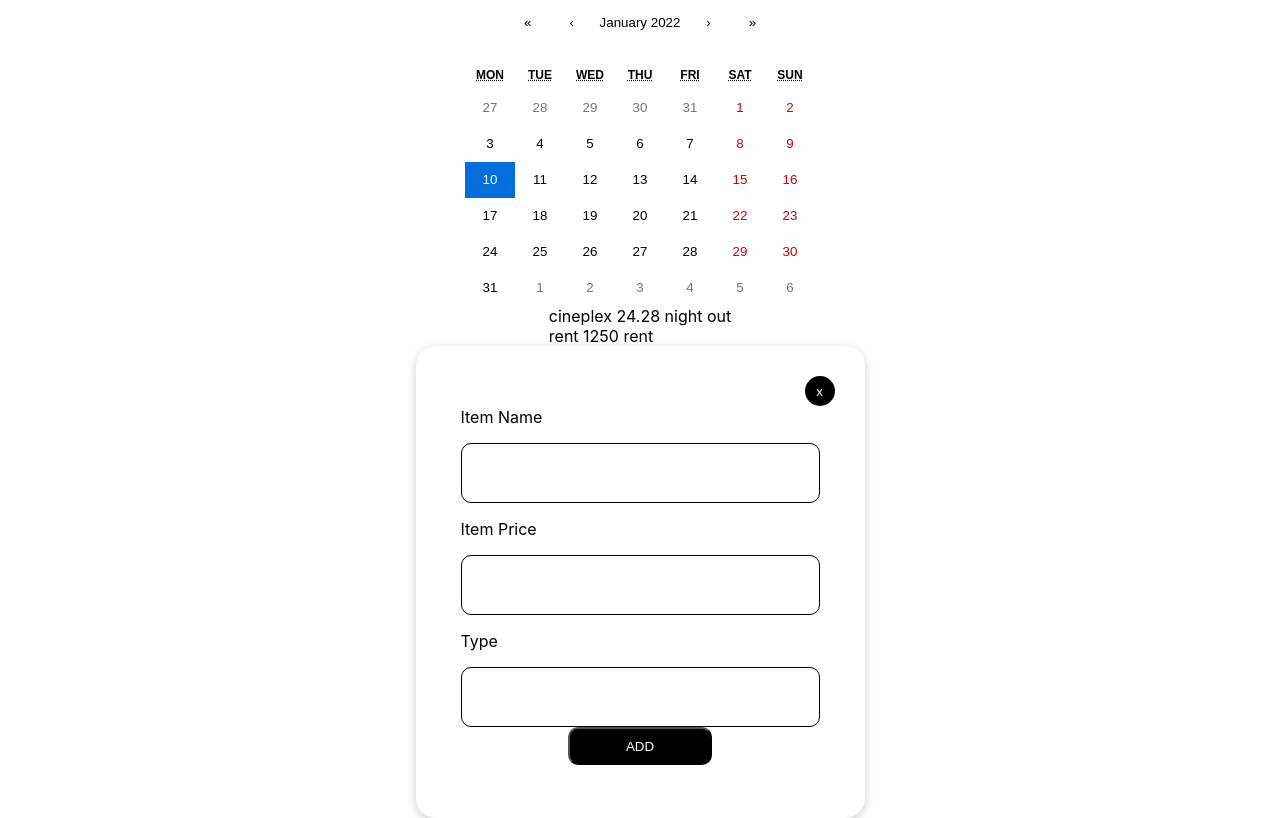
Repository: julianm09/expense-tracker
Page: /
An editor plug-in stored every save of this project. The page is shown before and after the next save, followed by the edit.
The browser window is 1280 px wide. The pictures show the whole page.
The project was rebuilt for these pictures with package versions that can differ from the ones it lists, and the page was loaded fresh each time. The framework's server and built-in components were replaced by stand-ins that run in the browser. Also part of the build but not shown: next.config.js.

Above is the page before, as saved 2022-01-10 15:08:23.

### pages/_document.js
import Document, { Html, Head, Main, NextScript } from "next/document";
import { ServerStyleSheet } from "styled-components";

class MyDocument extends Document {
  static async getInitialProps(ctx) {
    const sheet = new ServerStyleSheet();
    const originalRenderPage = ctx.renderPage;

    try {
      ctx.renderPage = () =>
        originalRenderPage({
          enhanceApp: (App) => (props) =>
            sheet.collectStyles(<App {...props} />),
        });

      const initialProps = await Document.getInitialProps(ctx);
      return {
        ...initialProps,
        styles: (
          <>
            {initialProps.styles}
            {sheet.getStyleElement()}
          </>
        ),
      };
    } finally {
      sheet.seal();
    }
  }
}



export default MyDocument;

### pages/index.js
import { useState, useEffect } from "react";
import styled from "styled-components";
import MyCalender from "../comps/Calender";
import "react-calendar/dist/Calendar.css";
import DisplayExpense from "../comps/DisplayExpense";
import PopUp from "../comps/popup";

const Cont = styled.div`
  display: flex;
  justify-content: center;
  align-items: center;
  width: 100%;
  flex-direction: column;
`;

export default function Home() {
  const [date, setDate] = useState("");

  const [expenses, setExpenses] = useState({
    "2022-01-08": [
      { name: "save on foods", price: 101.22, type: "groceries" },
      { name: "shell", price: 55.21, type: "gasoline" },
    ],
    "2022-01-09": [
      { name: "earls", price: 150.45, type: "dining" },
      { name: "starbucks", price: 5.24, type: "coffee" },
    ],
    "2022-01-10": [
      { name: "cineplex", price: 24.28, type: "night out" },
      { name: "rent", price: 1250, type: "rent" },
    ],
  });

  return (
    <Cont>
      <MyCalender date={date} setDate={setDate} />
      <DisplayExpense expenses={expenses} date={date} />
      <PopUp />
    </Cont>
  );
}

### comps/Calender.js
import { useState, useEffect } from "react";
import styled from "styled-components";
import Calendar from "react-calendar";
import "react-calendar/dist/Calendar.css";

const CalenderUI = styled(Calendar)`
  display: flex;
  flex-direction: column;
  justify-content: center;
  align-items: center;
  border: none;
`;

export default function MyCalender({ date, setDate }) {
  const [value, onChange] = useState(new Date());

  function convert(str) {
    var date = new Date(str),
      mnth = ("0" + (date.getMonth() + 1)).slice(-2),
      day = ("0" + date.getDate()).slice(-2);
    return [date.getFullYear(), mnth, day].join("-");
  }

  useEffect(() => {
    setDate(convert(value));
  }, [value]);

  return (
    <div>
      <CalenderUI onChange={onChange} value={value} />
    </div>
  );
}

### comps/DisplayExpense.js
import { useState, useEffect } from "react";
import styled from "styled-components";

const Cont = styled.div`
  display: flex;
  flex-direction: column;
`;

export default function DisplayExpense({ expenses, date }) {
  console.log(expenses);

  return (
    <Cont>
      {expenses[date]
        ? expenses[date].map((expense) => (
            <div key={expense.name}>
              {expense.name + " " + expense.price + " " + expense.type}
            </div>
          ))
        : ""}
    </Cont>
  );
}

### comps/popup.js
import { useState, useEffect } from "react";
import styled from "styled-components";

const Cont = styled.div`
  display: flex;
  flex-direction: column;

  align-items: center;
  min-width: 442px;
  min-height: 472px;
  padding: 45px;
  background-color: #fff;
  border-radius: 20px;
  box-shadow: 0 3px 10px rgb(0 0 0 / 0.2);
  position: relative;
`;
const XButton = styled.button`
  position: absolute;
  top: 30px;
  right: 30px;
  border: none;
  border-radius: 20px;
  background-color: #000;
  width: 30px;
  height: 30px;
  color: #fff;
`;

const TextCont = styled.div`
  width: 359px;
  display: flex;
  justify-content: flex-start;

  flex-direction: column;
`;

const Box = styled.input`
  width: 359px;
  height: 60px;
  border: 0.5px solid #000;
  border-radius: 10px;
`;

const Title = styled.p``;
const TopDiv = styled.div``;

const BottomDiv = styled.div`
  width: 359px;
  display: flex;
  justify-content: center;
  align-items: center;

  flex-direction: column;
`;
const AddButton = styled.button`
  width: 144px;
  height: 38px;
  background-color: #000;
  color: #fff;
  border-radius: 10px;
`;
export default function PopUp() {
  return (
    <Cont>
      <XButton>x</XButton>
      <TopDiv>
        <TextCont>
          <Title>Item Name</Title>
          <Box></Box>
        </TextCont>
        <TextCont>
          <Title>Item Price</Title>
          <Box></Box>
        </TextCont>
        <TextCont>
          <Title>Type</Title>
          <Box></Box>
        </TextCont>
        <BottomDiv>
          <AddButton>ADD</AddButton>
        </BottomDiv>
      </TopDiv>
    </Cont>
  );
}

Loaded but not shown: pages/_app.js (common file); styles/globals.css (common file)

After the next save:
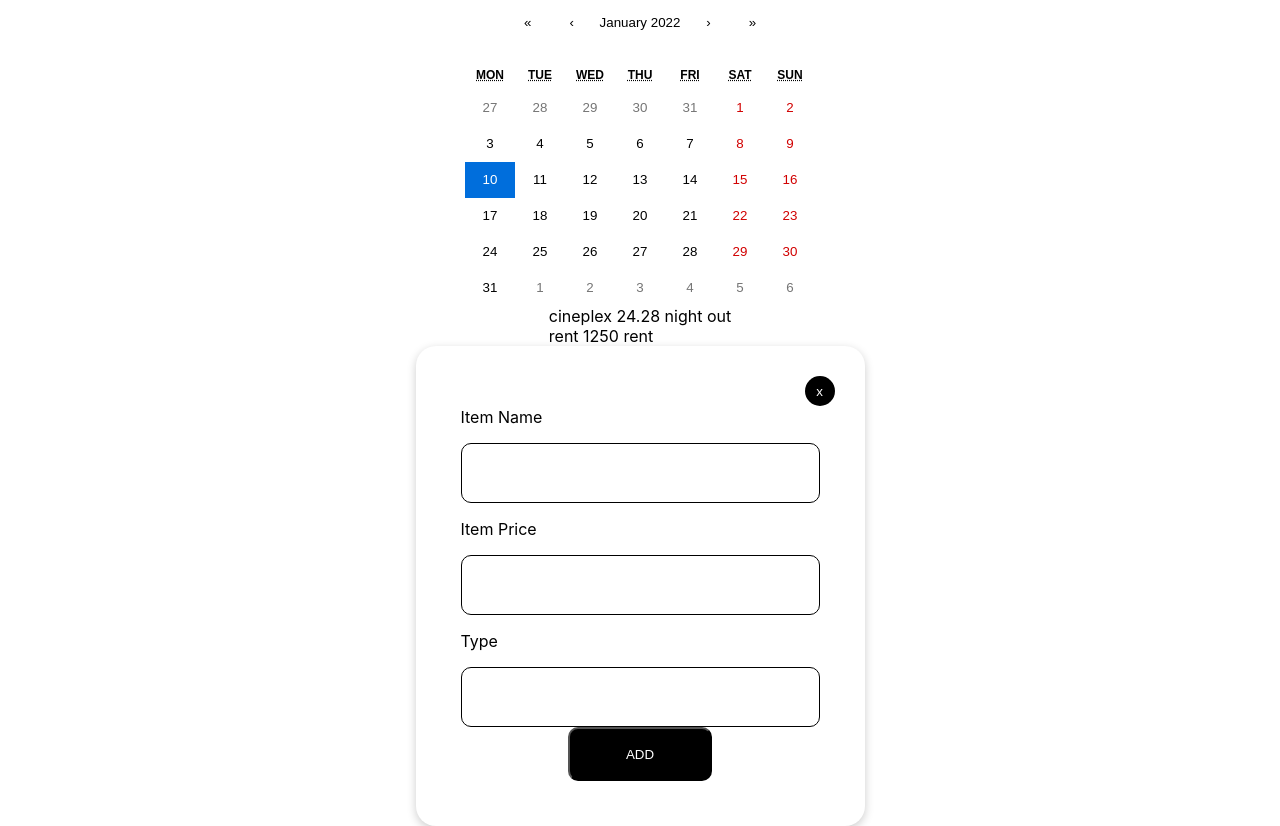
Saved 6 s later.
--- a/comps/popup.js
+++ b/comps/popup.js
@@ -54,7 +54,7 @@ const BottomDiv = styled.div`
 `;
 const AddButton = styled.button`
   width: 144px;
-  height: 38px;
+  height: 54px;
   background-color: #000;
   color: #fff;
   border-radius: 10px;
